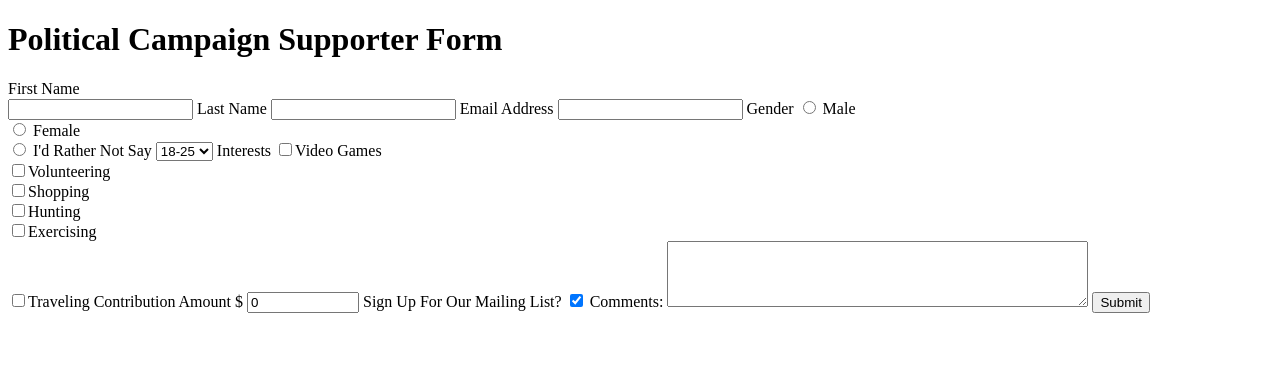
Repository: ryanaanderson0/COSW30
Page: Homework/Homework2/contact.html
The author's editor kept a record of every edit. The page is drawn from the files as they stood at one moment, then again after the next edit.
The browser window is 1280 px wide. The pictures show the whole page.

Above is the page before.

### Homework/Homework2/contact.html
<!DOCTYPE html>
<html>
    <meta charset="utf-8">
    <head>
        <title>Homework 2:Political Campaign Supporter Form</title>
    </head>
    <body>
        <h1>Political Campaign Supporter Form</h1>

        <form method="POST" action="process_contact.php">

        <label>First Name</label> <br>
        <input type="text" id="first_name" name="first_name" required>

        <label>Last Name</label>
        <input type="text" id="last_name" name="last_name" required>

        <label>Email Address</label>
        <input type="email" id="email" name="email" required>

        <label>Gender</label>
        <input type="radio" id="gender" name="gender" value="male" required> Male<br>
        <input type="radio" id="gender" name="gender" value="Female" required> Female<br>
        <input type="radio" id="gender" name="gender" value="Unspecified" required> I'd Rather Not Say

        <select id="age" required>
            <option value="18-25" name="age1">18-25</option>
            <option value="26-35">26-35</option>
            <option value="35-45">35-45</option>
            <option value="46+">46+</option>
        </select>

        <label>Interests</label>
        <input type="checkbox" id="interests" name="interest[]" value="video_games">Video Games<br>
        <input type="checkbox" id="interests" name="interest[]" value="volunteering">Volunteering<br>
        <input type="checkbox" id="interests" name="interest[]" value="shopping">Shopping<br>
        <input type="checkbox" id="interests" name="interest[]" value="hunting">Hunting<br>
        <input type="checkbox" id="interests" name="interest[]" value="exercising">Exercising<br>
        <input type="checkbox" id="interests" name="interest[]" value="traveling">Traveling

        <label>Contribution Amount $</label>
        <input type="number" id="contribution" name="quantity" min="0" max="100000000" value="0">

        <label>Sign Up For Our Mailing List?</label>
        <input type="checkbox" id="mailing_list" name="mailing_list" value="yes" checked>

        <label>Comments:</label>
        <textarea rows="4" cols="50" name="comments">
        </textarea>

        <button>Submit</button>



        </form>
    </body>
</html>

After the next edit:
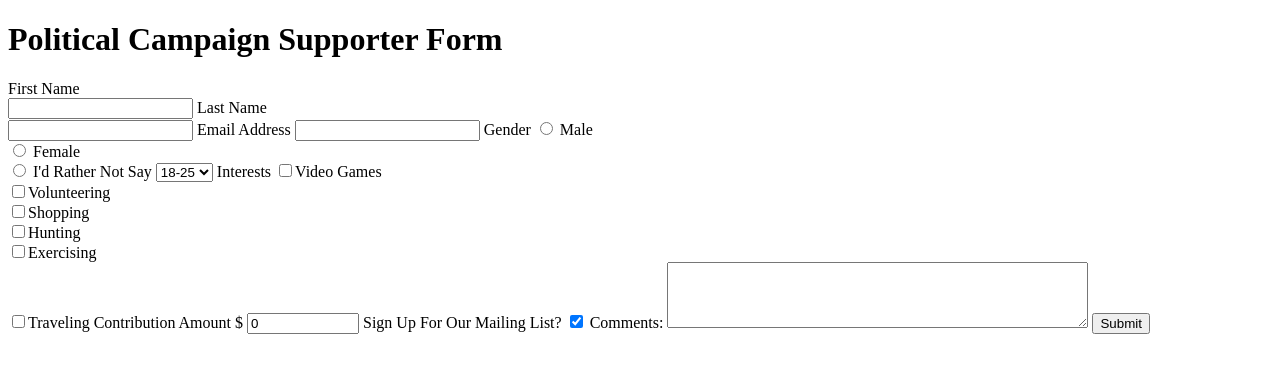
The edit:
--- a/Homework/Homework2/contact.html
+++ b/Homework/Homework2/contact.html
@@ -12,7 +12,7 @@
         <label>First Name</label> <br>
         <input type="text" id="first_name" name="first_name" required>
 
-        <label>Last Name</label>
+        <label>Last Name</label> <br>
         <input type="text" id="last_name" name="last_name" required>
 
         <label>Email Address</label>
